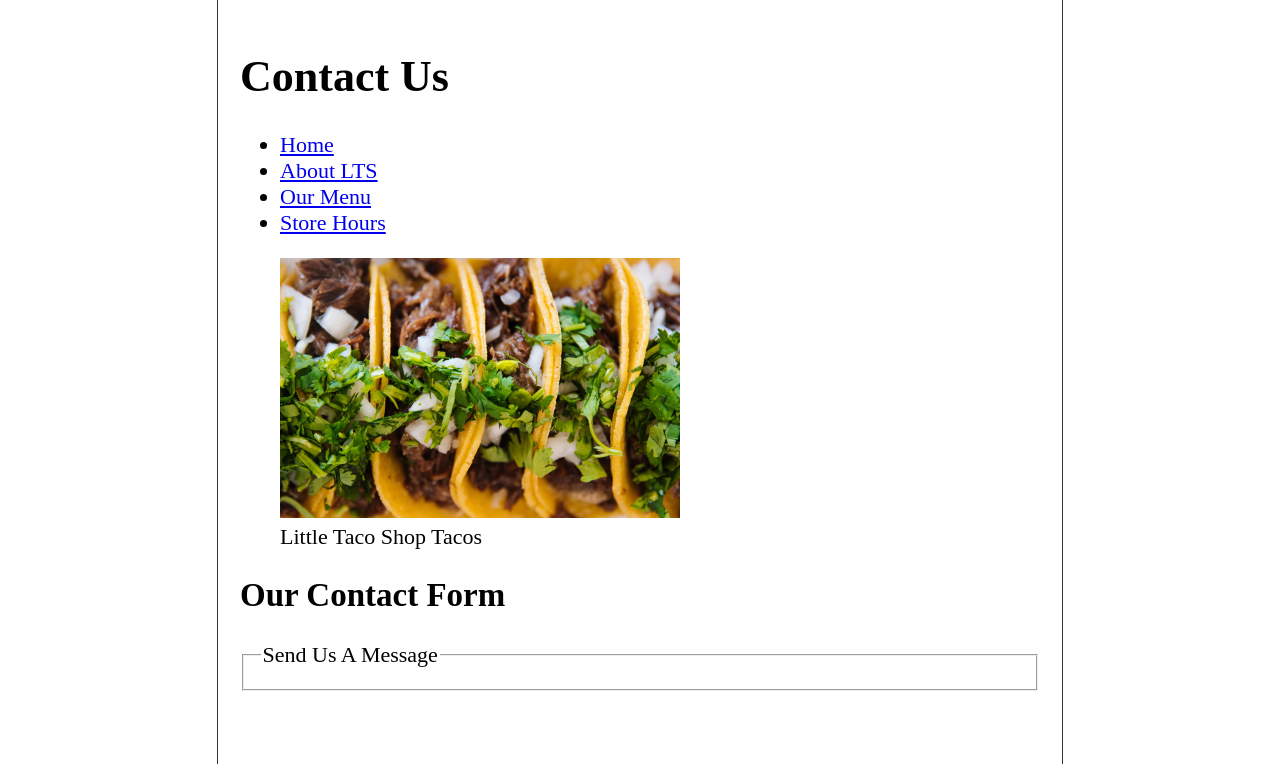
Repository: Israa-Odeh/html-basics-project
Page: contact.html
An editor plug-in stored every save of this project. The page is shown before and after a run of saves, followed by the edit.
The browser window is 1280 px wide. The pictures show the whole page.

Above is the page before, as saved 2024-08-20 03:03:13.

After the next 2 saves:
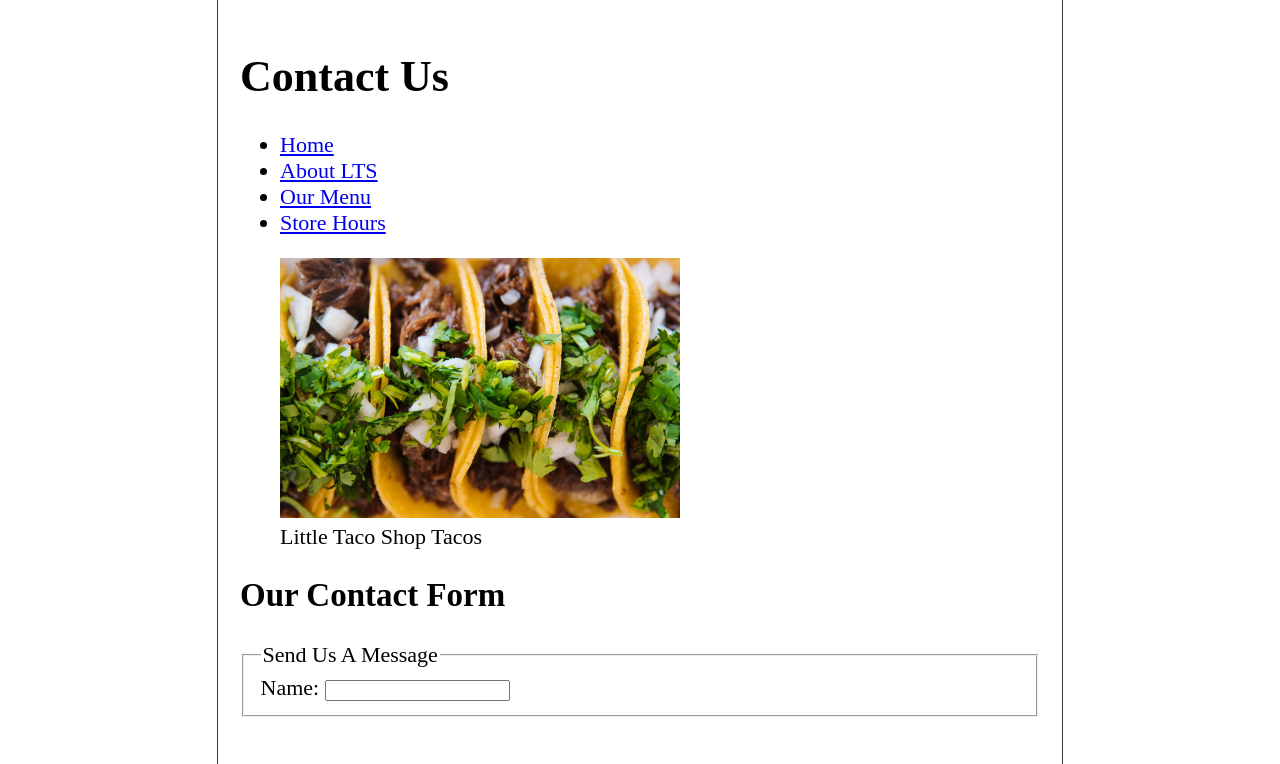
The 2 saves are shown as one change because they came seconds apart.
The last was saved 8 s later.
--- a/contact.html
+++ b/contact.html
@@ -42,7 +42,8 @@
         <form action="https://httpbin.org/post" method="post">
             <fieldset>
                 <legend>Send Us A Message</legend>
-                <label for="name"></label>
+                <label for="name">Name:</label>
+                <input type="text">
             </fieldset>
         </form>
 
